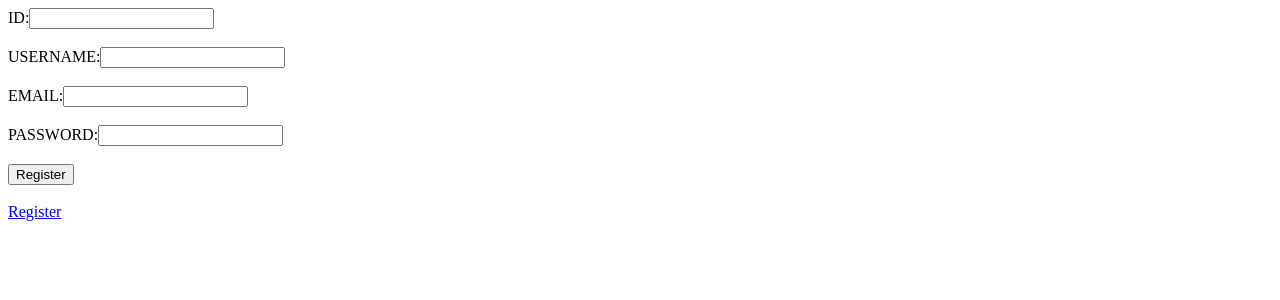
Repository: Ranjithamshivamatta/Java
Page: LoginRegistration1/WebContent/Register.html
An editor plug-in stored every save of this project. The page is shown before and after the next save, followed by the edit.
The browser window is 1280 px wide. The pictures show the whole page.

Above is the page before, as saved 2019-04-25 13:29:40.

After the next save:
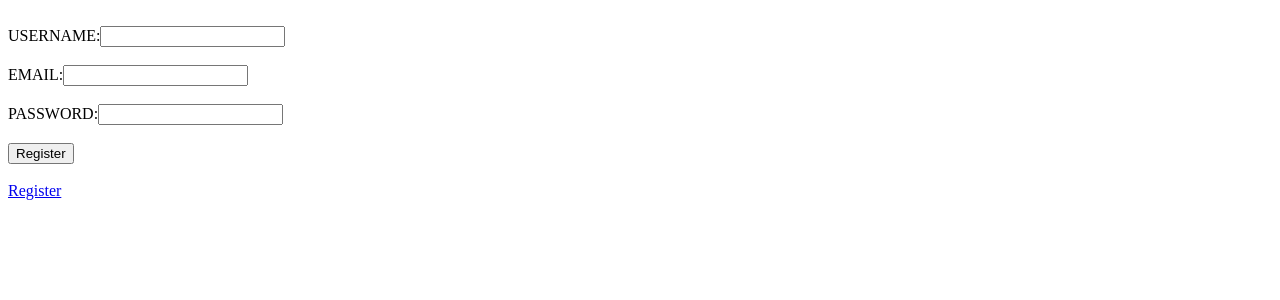
Saved 102 s later.
--- a/LoginRegistration1/WebContent/Register.html
+++ b/LoginRegistration1/WebContent/Register.html
@@ -6,8 +6,7 @@
 </head>
 <body>
 <form method="post" action="Register">
-		ID:<input type="text" name="id" /><br />
-		<br /> USERNAME:<input type="text" name="USERNAME" /><br />
+				<br /> USERNAME:<input type="text" name="USERNAME" /><br />
 		<br /> EMAIL:<input type="text" name="EMAIL" /><br />
 		<br /> PASSWORD:<input type="password" name="PASSWORD" /><br />
 		<br /> <input type="submit" value="Register" /><br />
